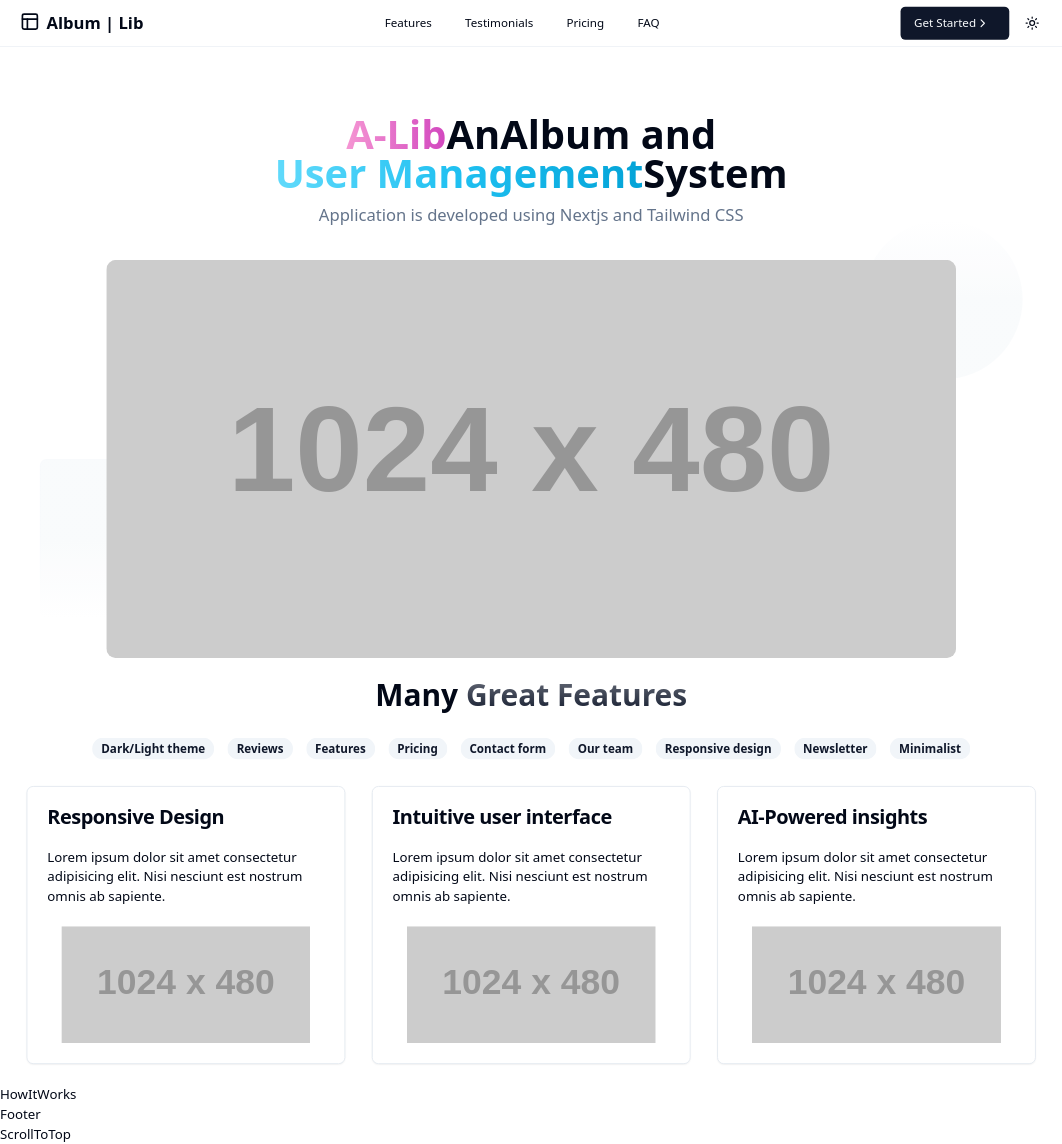
Repository: DevLaukey/savannah-informatics-test
Page: /
These files come from the project's save history. The page is drawn as it stood at one moment and after the next save; the edit follows.
The browser window is 1280 px wide. The pictures show the whole page, at 83% of full size.
The project was rebuilt for these pictures with package versions that can differ from the ones it lists, and the page was loaded fresh each time. The framework's server and built-in components were replaced by stand-ins that run in the browser. Also part of the build but not shown: next.config.mjs.

Above is the page before, as saved 2024-06-04 22:24:48.

After the next save:
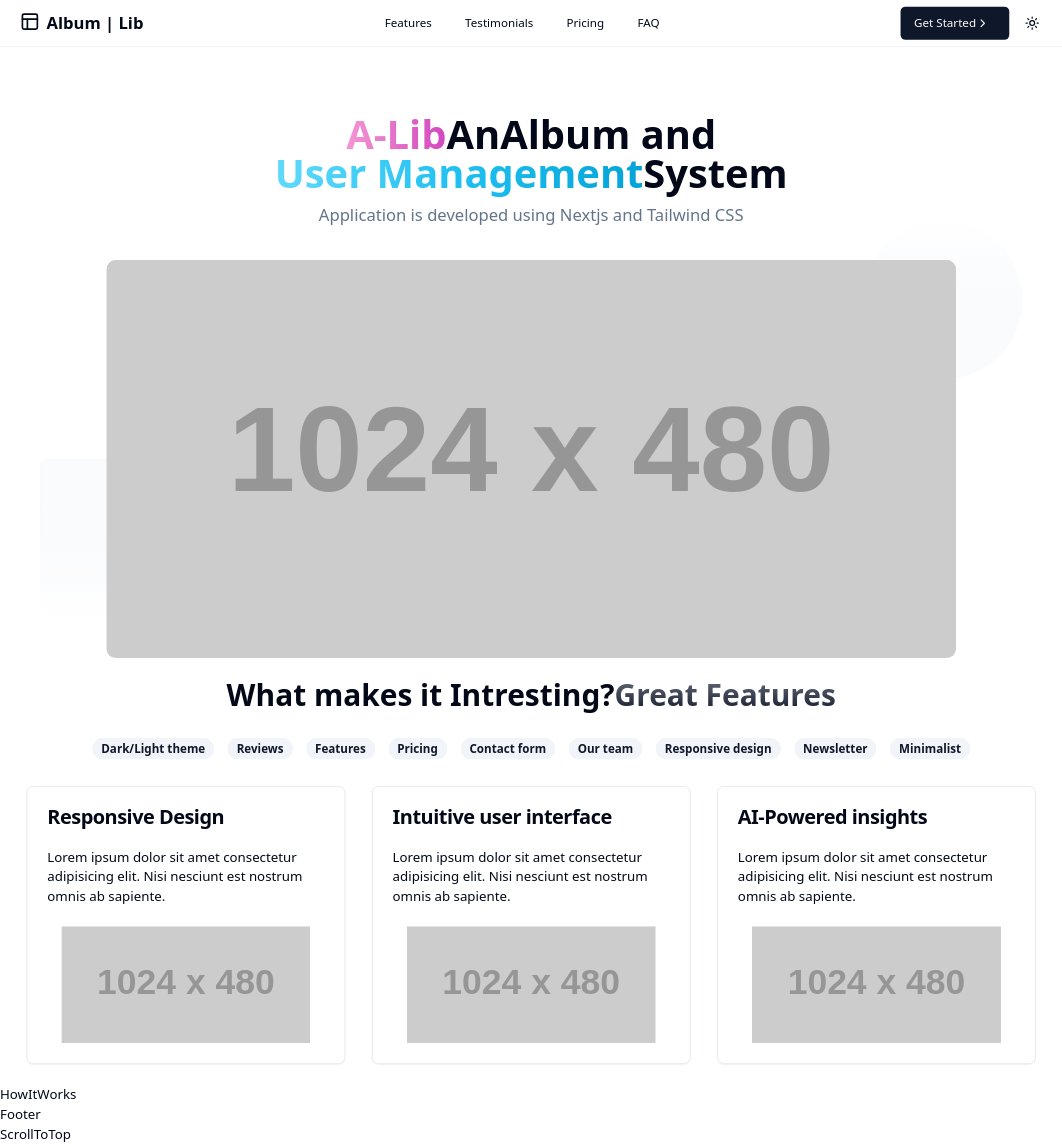
Saved 36 s later.
--- a/components/landing-page/About.jsx
+++ b/components/landing-page/About.jsx
@@ -44,7 +44,8 @@
   return (
     <section id="features" className="container py-4 sm:py-6 space-y-8">
       <h2 className="text-3xl lg:text-4xl font-bold md:text-center">
-        Many{" "}
+
+        What makes it Intresting?
         <span className="bg-gradient-to-b from-primary/60 to-primary text-transparent bg-clip-text">
           Great Features
         </span>
